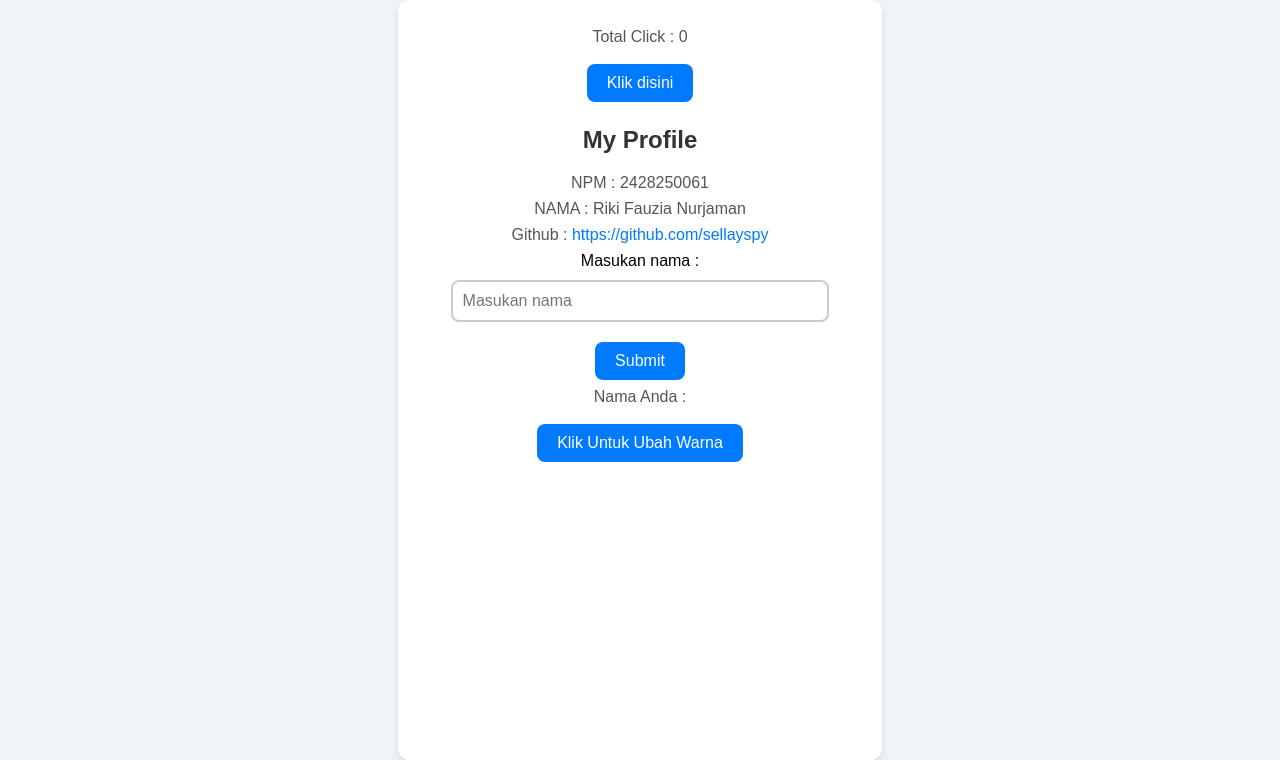
Repository: sellayspy/tugasCoachingProcom
Page: /
The author's editor kept a copy of each file at every save. The page is drawn from the files as they stood at one save, then again after the next save.
The browser window is 1280 px wide. The pictures show the whole page.
The project was rebuilt for these pictures with package versions that can differ from the ones it lists, and the page was loaded fresh each time. Also part of the build but not shown: vite.config.js, src/index.css.

Above is the page before, as saved 2024-11-23 15:53:49.

### src/App.jsx
import { useState } from "react";
import "./App.css";
import Counter from "./components/Counter";
import Header from "./components/Header";
import MyProfile from "./components/MyProfile";
import Form from "./components/Form";

function App() {
  const [color, setColor] = useState("#ffffff");
  const randomBackground = () => {
    const randomColor = `#${Math.floor(Math.random() * 16777215).toString(16)}`;
    setColor(randomColor);
  };
  return (
    <>
      <div
        className="container"
        style={{
          backgroundColor: color,
          minHeight: "100vh",
          padding: "20px",
        }}
      >
        <Counter />
        <Header title="My Profile" />
        <MyProfile
          npm="2428250061"
          nama="Riki Fauzia Nurjaman"
          github="https://github.com/sellayspy"
        />
        <Form />

        <button className="btn-background" onClick={randomBackground}>
          Klik Untuk Ubah Warna
        </button>
      </div>
    </>
  );
}

export default App;

### src/App.css
/* Gaya umum untuk seluruh aplikasi */
body {
  font-family: Arial, sans-serif;
  background-color: #f0f4f8;
  margin: 0;
  padding: 0;
  display: flex;
  justify-content: center;
  align-items: center;
  min-height: 100vh;
}

.container {
  max-width: 600px;
  background-color: #ffffff;
  box-shadow: 0 4px 8px rgba(0, 0, 0, 0.1);
  border-radius: 12px;
  padding: 20px;
  text-align: center;
}

/* Header */
h3 {
  color: #333;
  font-size: 24px;
  margin-bottom: 20px;
}

/* Input dan Form */
input[type="text"] {
  width: 80%;
  padding: 10px;
  margin: 10px 0;
  border: 2px solid #ccc;
  border-radius: 8px;
  font-size: 16px;
}

input[type="text"]:focus {
  border-color: #007bff;
  outline: none;
}

/* Tombol */
button {
  background-color: #007bff;
  color: white;
  border: none;
  padding: 10px 20px;
  font-size: 16px;
  border-radius: 8px;
  cursor: pointer;
  margin-top: 10px;
  transition: background-color 0.3s ease;
}

button:hover {
  background-color: #0056b3;
}

/* Profil */
p {
  font-size: 16px;
  color: #555;
  margin: 8px 0;
}

a {
  color: #007bff;
  text-decoration: none;
}

a:hover {
  text-decoration: underline;
}

/* Counter */
.counter {
  margin: 20px 0;
}

.counter p {
  font-size: 18px;
  font-weight: bold;
}

/* Tombol ubah warna */
.change-color-btn {
  margin-top: 20px;
  background-color: #28a745;
}

.change-color-btn:hover {
  background-color: #218838;
}

### src/components/Counter.jsx
import { useEffect, useState } from "react";

const Counter = () => {
  const [count, setCount] = useState(0);

  useEffect(() => {
    document.title = `Total Click (${count})`;
  }, [count]);

  const acrementCount = () => {
    setCount(count + 1);
  };
  return (
    <div>
      <p>Total Click : {count}</p>
      <button onClick={acrementCount}>Klik disini</button>
    </div>
  );
};

export default Counter;

### src/components/Header.jsx
const Header = ({ title }) => {
  return (
    <div>
      <h3>{title}</h3>
    </div>
  );
};

export default Header;

### src/components/MyProfile.jsx
const MyProfile = ({ npm, nama, github }) => {
  return (
    <div>
      <p>NPM : {npm}</p>
      <p>NAMA : {nama}</p>
      <p>
        Github : <a href={github}>{github}</a>
      </p>
    </div>
  );
};

export default MyProfile;

### src/components/Form.jsx
import { useState } from "react";

const Form = () => {
  const [name, setName] = useState("");

  const handleChangeName = (e) => {
    setName(e.target.value);
  };

  const handleSubmit = () => {
    alert(`Nama anda adalah ${name}`);
  };
  return (
    <div>
      <label>Masukan nama : </label>
      <input
        type="text"
        value={name}
        onChange={handleChangeName}
        placeholder="Masukan nama"
      />
      <button onClick={handleSubmit}>Submit</button>
      <p>Nama Anda : {name}</p>
    </div>
  );
};

export default Form;

Loaded but not shown: index.html (common file); src/main.jsx (common file)

After the next save:
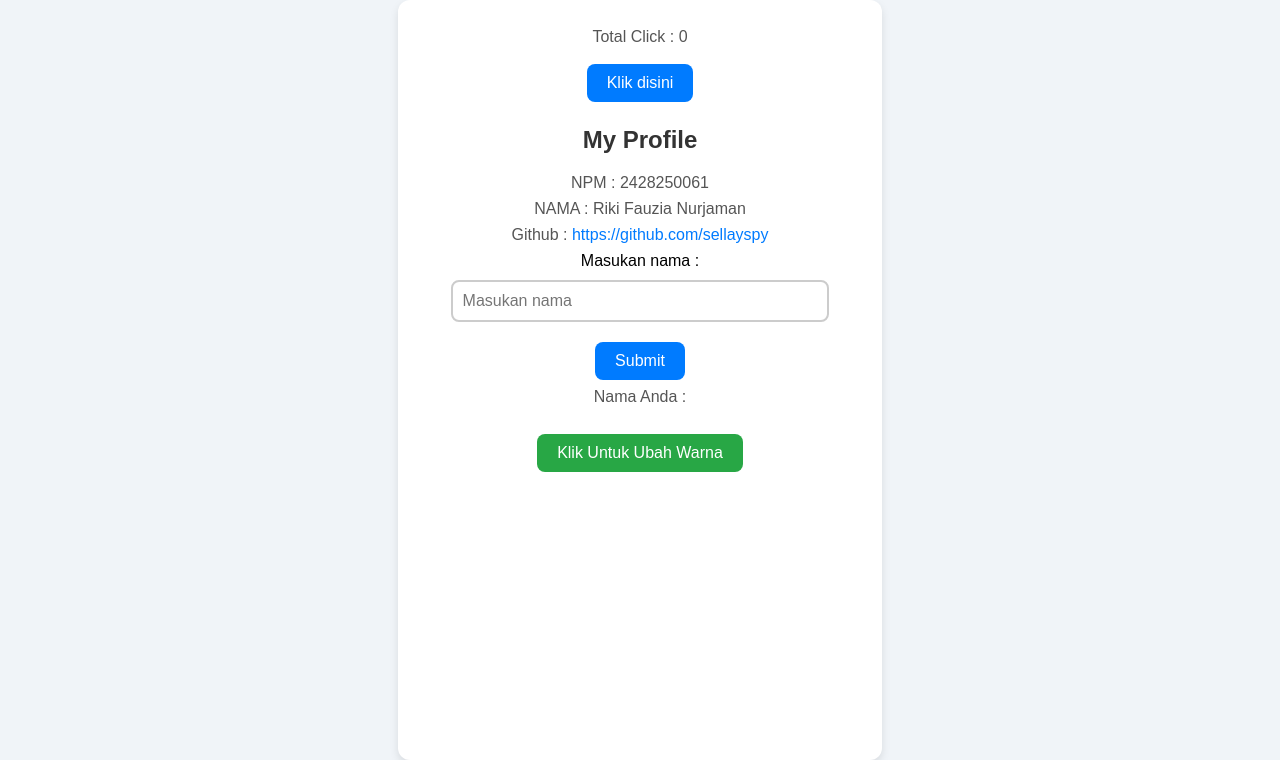
Saved 13 s later.
--- a/src/App.css
+++ b/src/App.css
@@ -85,11 +85,11 @@ a:hover {
 }
 
 /* Tombol ubah warna */
-.change-color-btn {
+.btn-background {
   margin-top: 20px;
   background-color: #28a745;
 }
 
-.change-color-btn:hover {
+.btn-background:hover {
   background-color: #218838;
 }
